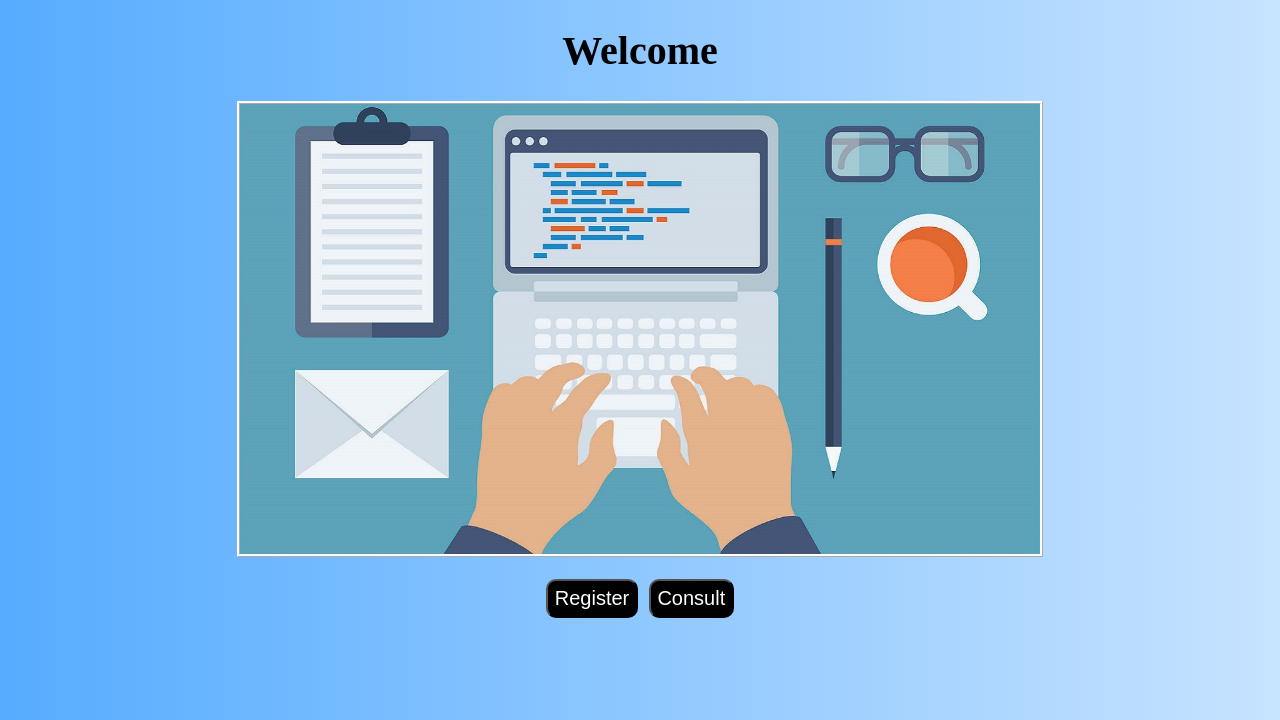
Repository: darubio90/app-tech
Page: http://localhost/
The author's editor kept a record of every edit. The page is drawn from the files as they stood at one moment, then again after the next edit.
The browser window is 1280 px wide. The pictures show the whole page.
The page is served by the project's application, run on Flask 3 (server.py).

Above is the page before.

After the next edit:
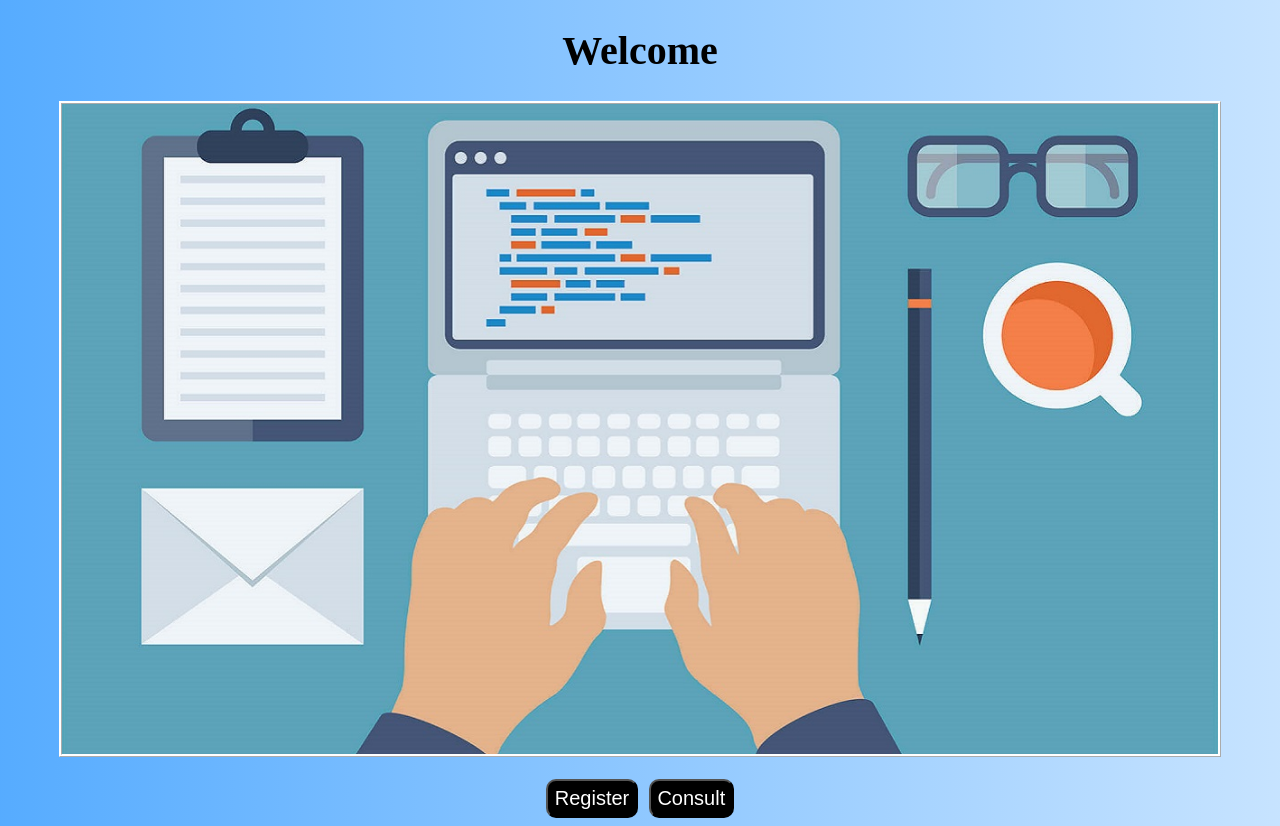
The edit:
--- a/static/css/styleHome.css
+++ b/static/css/styleHome.css
@@ -1,7 +1,7 @@
 img {
     border-style: ridge;
     border-color: white;
-    height: 450px;
+    height: 650px;
 }
 h1 {
     text-align: center;
